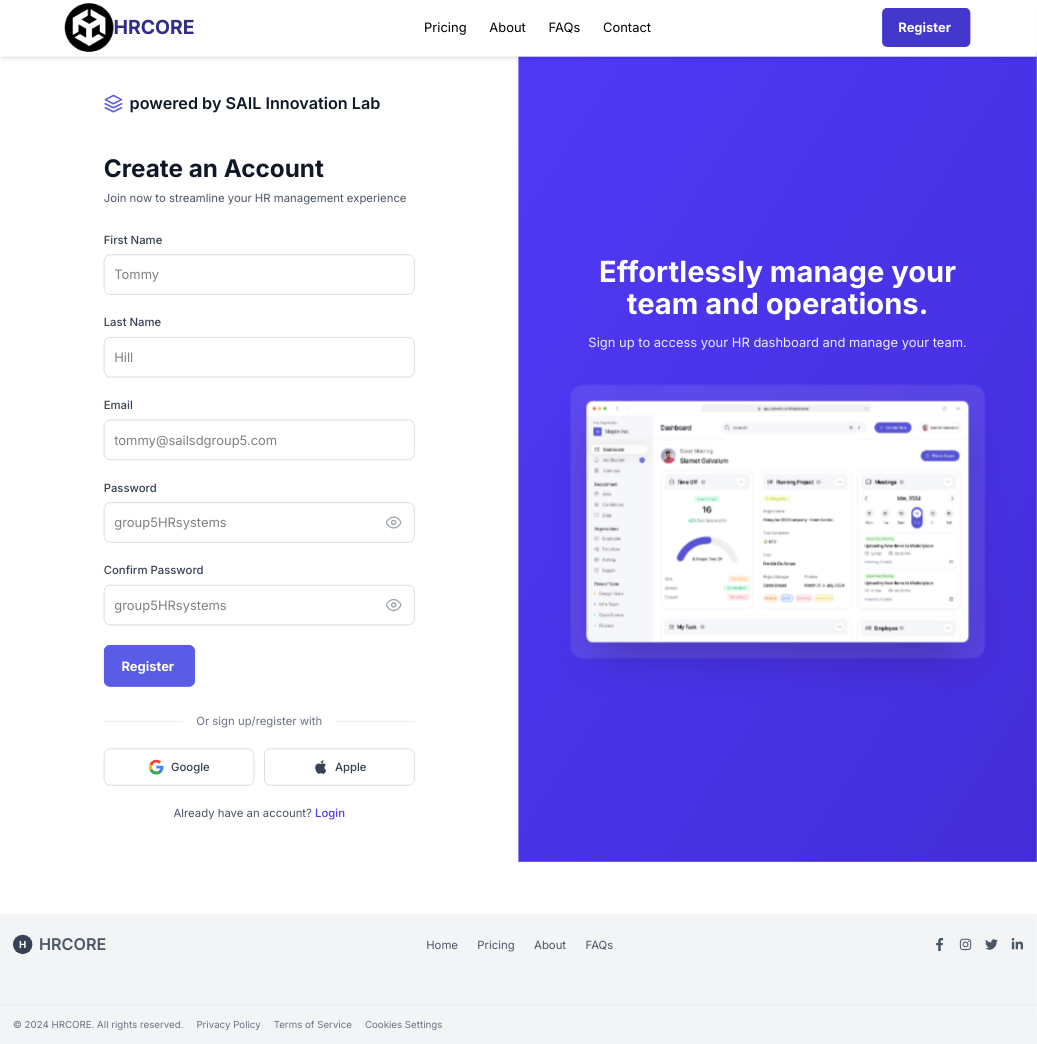
Repository: SAIL-GROUP-5-HR-WEB-APP/HR-WEB
Page: /signup
These files come from the project's save history. The page is drawn as it stood at one moment and after a run of saves; the edit follows.
The browser window is 1280 px wide. The pictures show the whole page, at 81% of full size.
The project was rebuilt for these pictures with package versions that can differ from the ones it lists, and the page was loaded fresh each time. Also part of the build but not shown: vite.config.ts, src/Components/Block/home/Hero.tsx, src/Components/Block/home/Companies.tsx, src/Components/Block/home/Body.tsx, src/Components/Block/home/HowItWorks.tsx, src/Components/Block/home/HowOne.tsx, src/Components/Block/home/HowTwo.tsx, src/Components/Block/home/Testimonial.tsx and 8 more.

Above is the page before, as saved 2025-08-11 09:25:48.

After the next 2 saves:
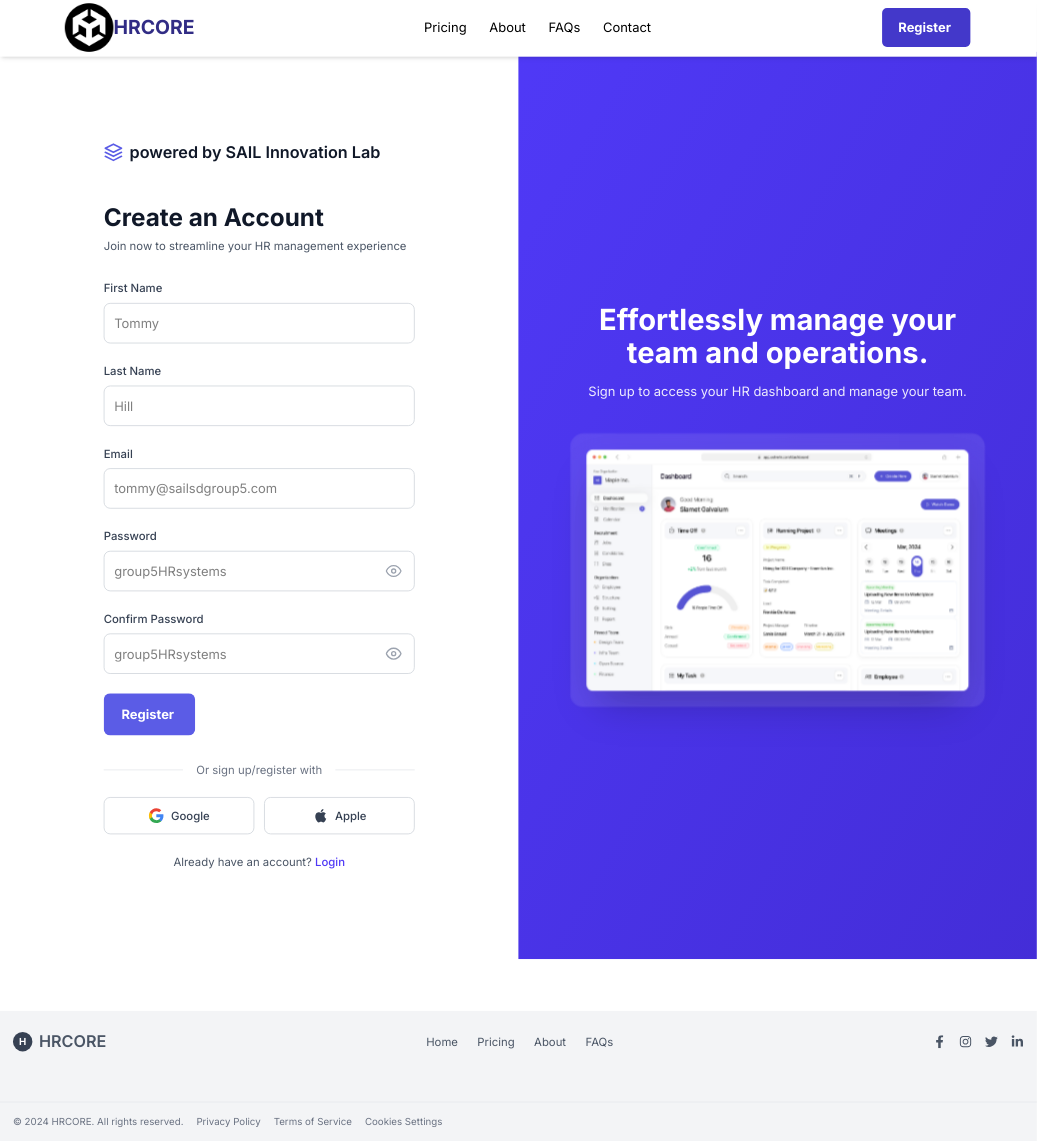
The 2 saves are shown as one change because they came seconds apart.
The last was saved 11 s later.
--- a/src/Pages/SignupPage.tsx
+++ b/src/Pages/SignupPage.tsx
@@ -299,7 +299,7 @@ const SignupPage: React.FC = () => {
       </div>
 
       {/* Image Section */}
-      <div className="lg:w-1/2 w-full bg-gradient-to-br from-indigo-600 to-indigo-700 flex items-center justify-center p-10 h-250 min-h-screen">
+      <div className="lg:w-1/2 w-full bg-gradient-to-br from-indigo-600 to-indigo-700 flex items-center justify-center p-10 h-280 min-h-screen">
         <div className="text-center text-white max-w-lg w-full">
           <h2 className="text-3xl font-bold mb-4 lg:text-4xl">
             Effortlessly manage your team and operations.
